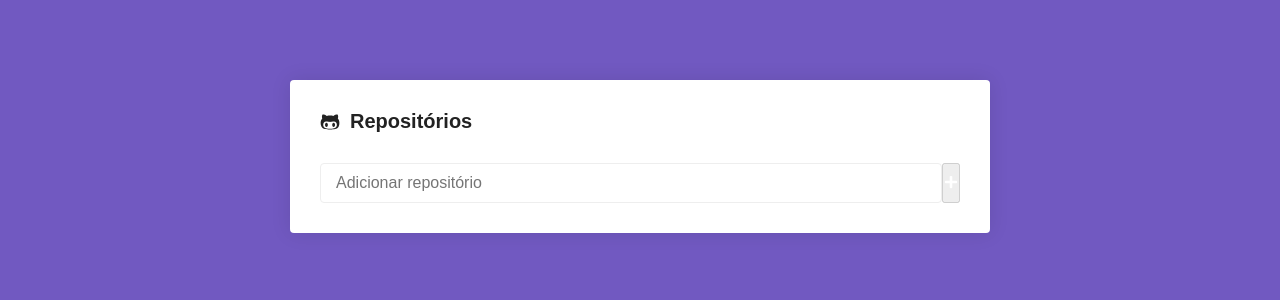
Repository: renanalves/github-repository
Page: /
These files come from the project's save history. The page is drawn as it stood at one moment and after the next save; the edit follows.
The browser window is 1280 px wide. The pictures show the whole page.
The project was rebuilt for these pictures with package versions that can differ from the ones it lists, and the page was loaded fresh each time. Also part of the build but not shown: src/pages/Repository/index.js.

Above is the page before, as saved 2020-03-13 11:13:33.

After the next save:
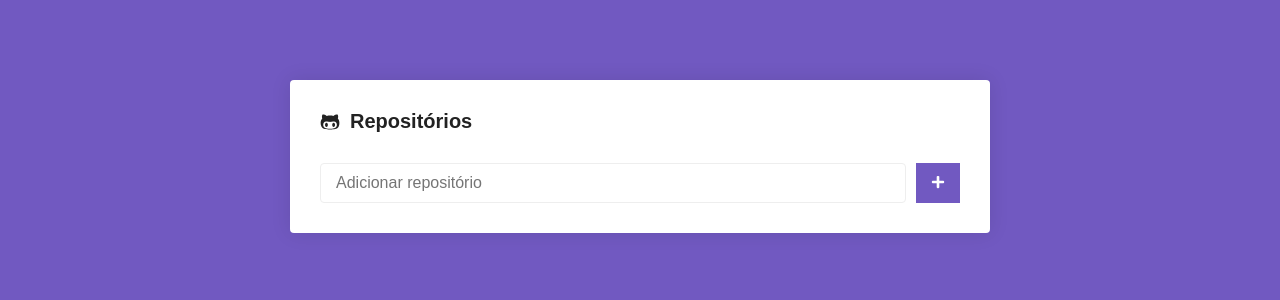
Saved 76 s later.
--- a/src/pages/Main/styles.js
+++ b/src/pages/Main/styles.js
@@ -34,4 +34,9 @@ export const Form = styled.form`
   }
 `;
 
-export const SubmitButton = styled.button``;
+export const SubmitButton = styled.button`
+  background: #7159c1;
+  border: 0;
+  padding: 0 15px;
+  margin-left: 10px;
+`;
